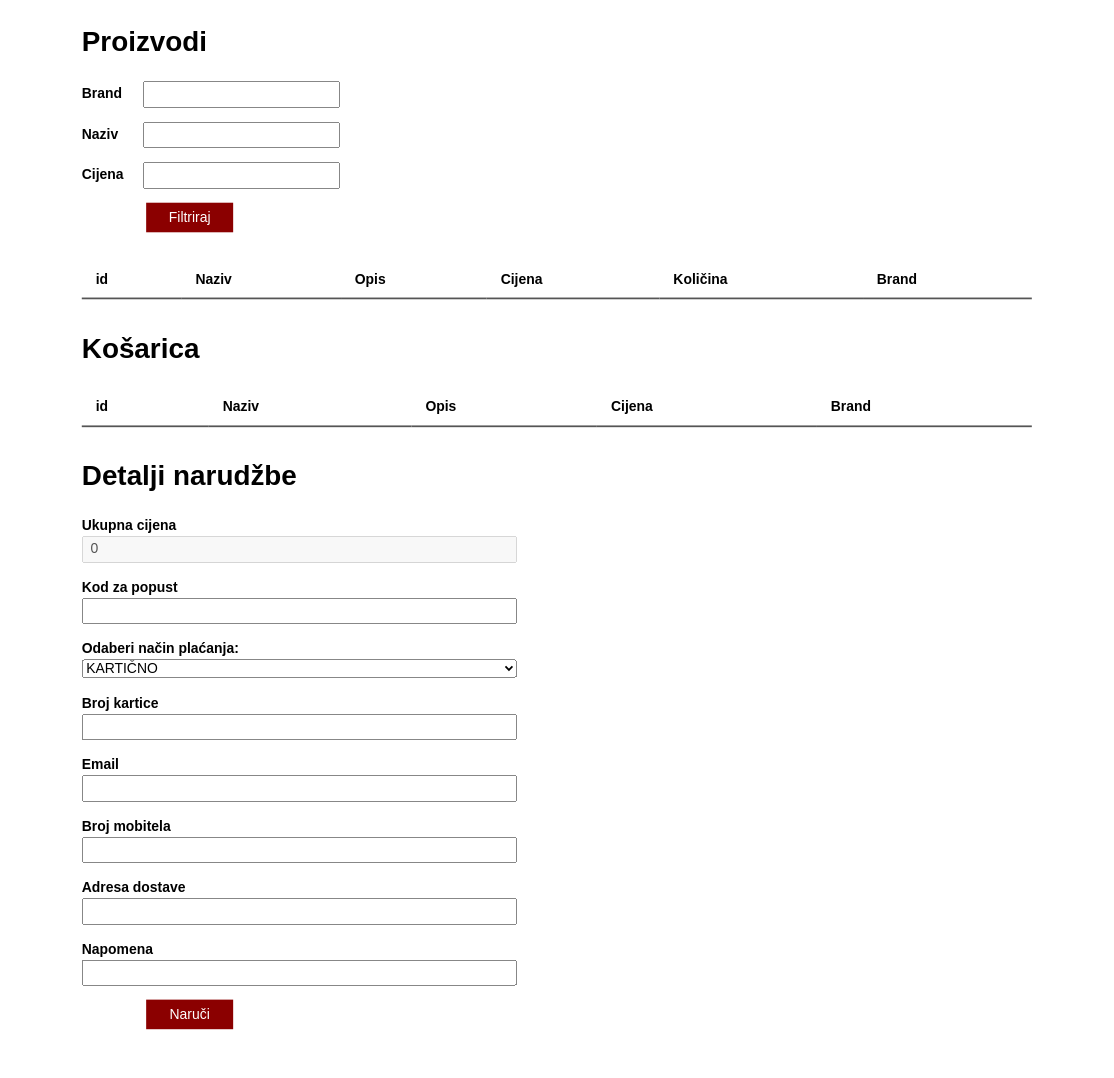
Repository: ivan-baljkas/pristupni_zadatak
Page: / (app in frontend/react-akademija-master/)
These files come from the project's save history. The page is drawn as it stood at one moment and after the next save; the edit follows.
The browser window is 1280 px wide. The pictures show the whole page, at 87% of full size.
The page's requests for data from a server got no answer. The project was rebuilt for these pictures with package versions that can differ from the ones it lists, and the page was loaded fresh each time. No one was signed in, and anything a server would have sent is missing. Also part of the build but not shown: frontend/react-akademija-master/src/components/TableItem.jsx, frontend/react-akademija-master/src/components/TableItem2.jsx.

Above is the page before, as saved 2021-07-26 14:16:47.

After the next save:
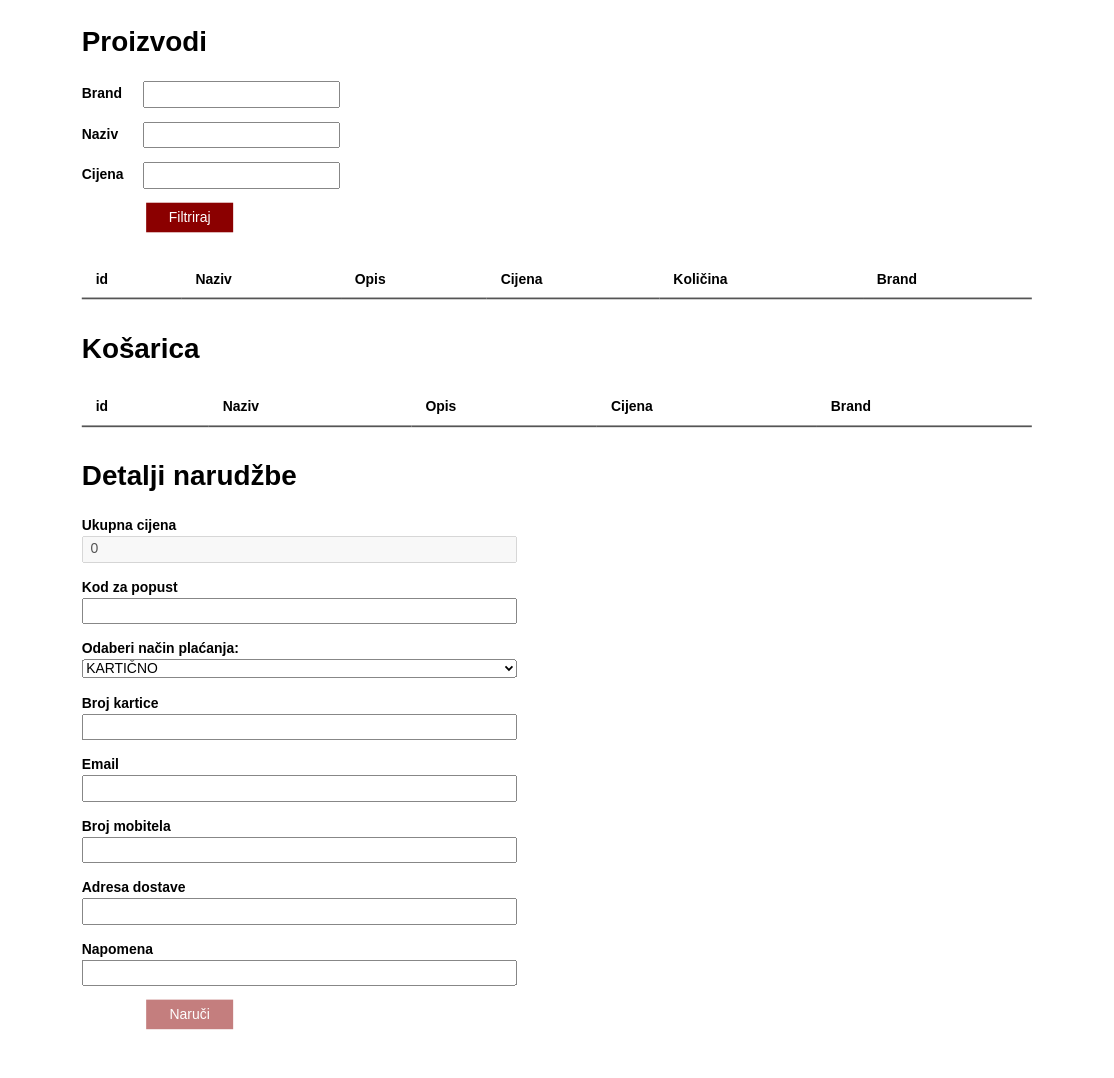
Saved 13 s later.
--- a/frontend/react-akademija-master/src/App.js
+++ b/frontend/react-akademija-master/src/App.js
@@ -293,7 +293,7 @@ const handleUkloniProizvod = (proizvodId) => {
           Detalji narudžbe
         </h1>
         <NarudzbaForm ukupnaCijena={state.ukupnaCijena} naciniPlacanja={state.naciniPlacanja} handleChange={handleChange}
-                      handleStvoriNarudzbu={handleStvoriNarudzbu}/>
+                      handleStvoriNarudzbu={handleStvoriNarudzbu} uvjetDisabled={state.uvjetDisabled}/>
         <Message uvjetMessage={state.uvjetMessage}/>
     </div>
   );

After the save that followed:
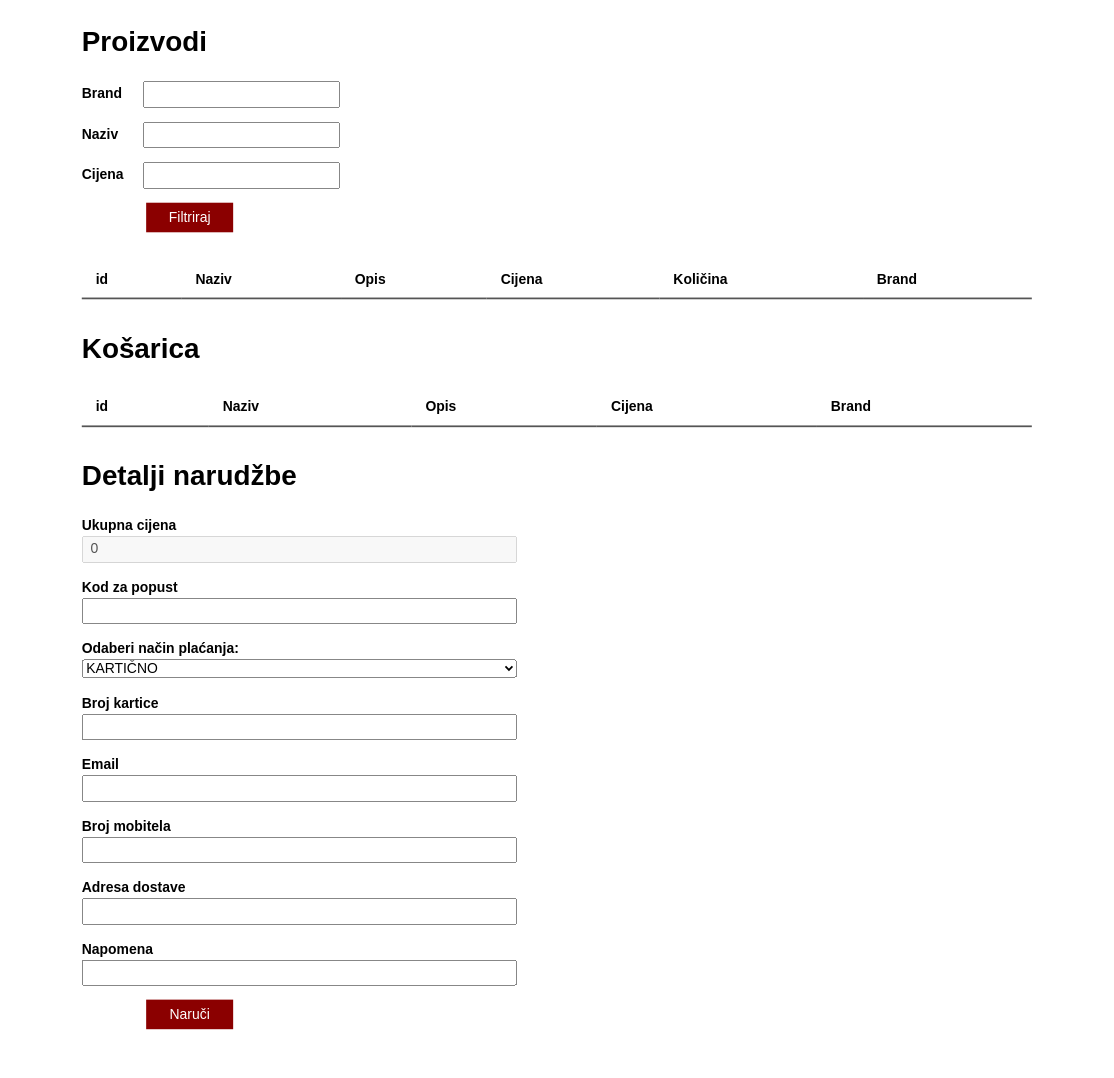
Saved 20 s later.
--- a/frontend/react-akademija-master/src/App.js
+++ b/frontend/react-akademija-master/src/App.js
@@ -19,7 +19,7 @@ const App = () => {
       narudzbaId: 1,
       ukupnaCijena:0,
       uvjetMessage: false,
-      uvjetDisabled:true
+      uvjetDisabled:false
   });
 
   const[formState, setFormState] = useState({
